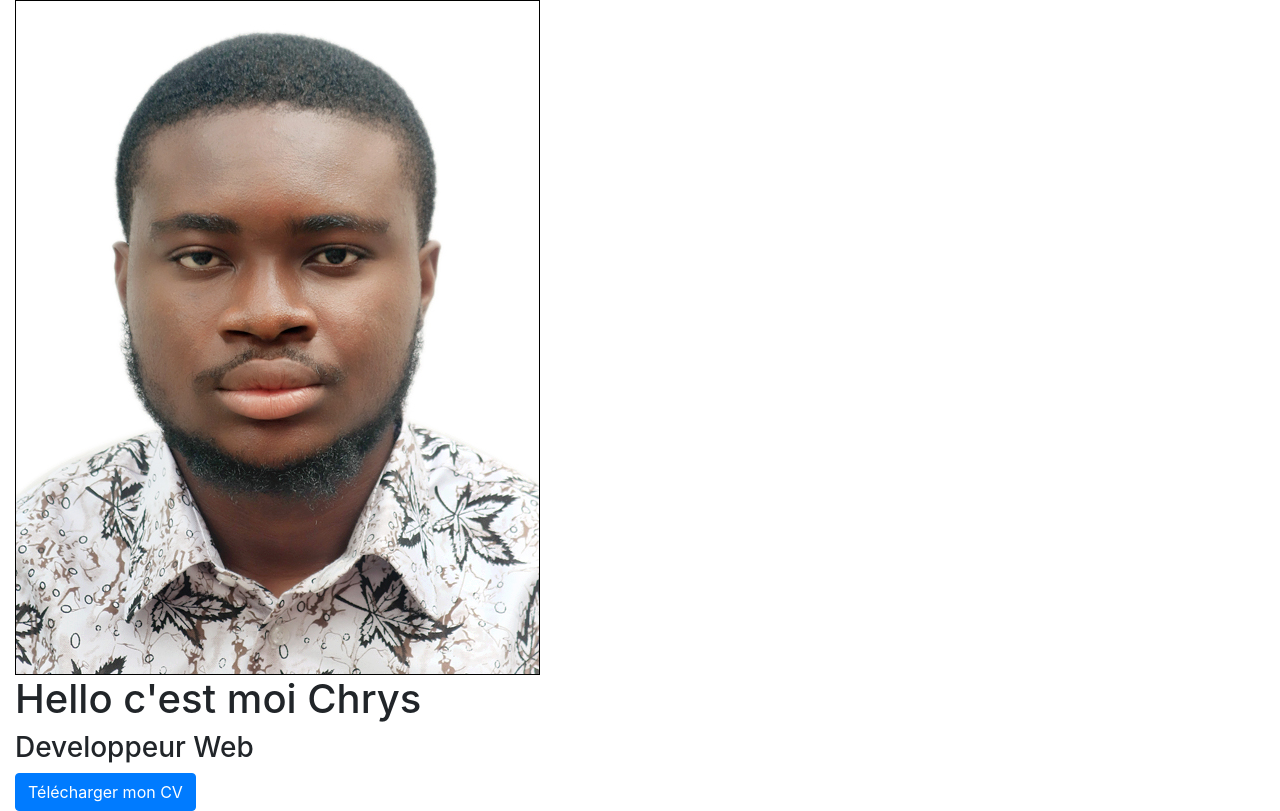
Repository: CHRYSOVR/CV_en_ligne_Interactif
Page: index.html
These files come from the project's save history. The page is drawn as it stood at one moment and after the next save; the edit follows.
The browser window is 1280 px wide. The pictures show the whole page.

Above is the page before, as saved 2025-07-07 14:48:33.
Console error: TypeError: Cannot read properties of undefined (reading 'fn')

After the next save:
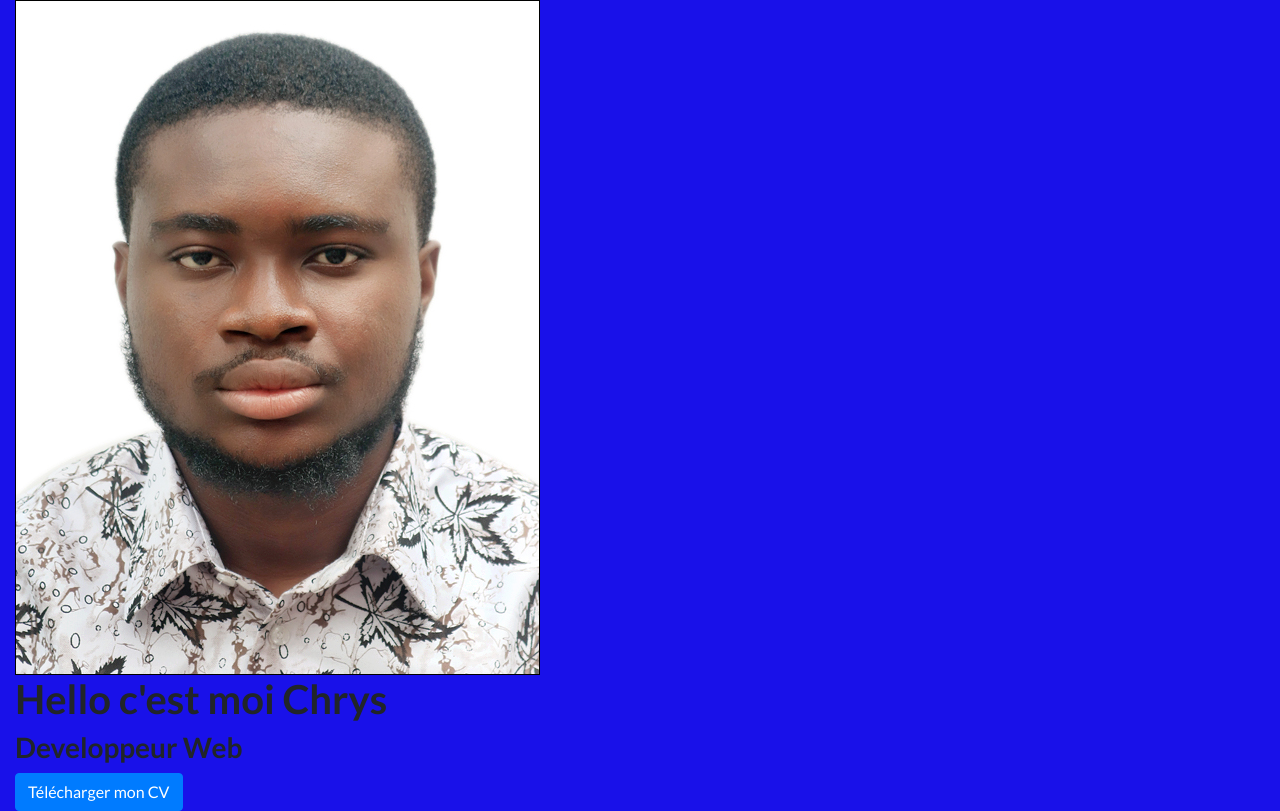
Saved 2 min 14 s later.
--- a/css/style.css
+++ b/css/style.css
@@ -1,4 +1,14 @@
 /*GENERAL*/
 
+body{
+    font-family: 'Lato', sans-serif;
 
+}
+h1,h2,h3,h4,h5,h6{
+    font-weight: bold;
+}
 /*ABOUT*/
+#about{
+    background-color: #1911e9;
+
+}
